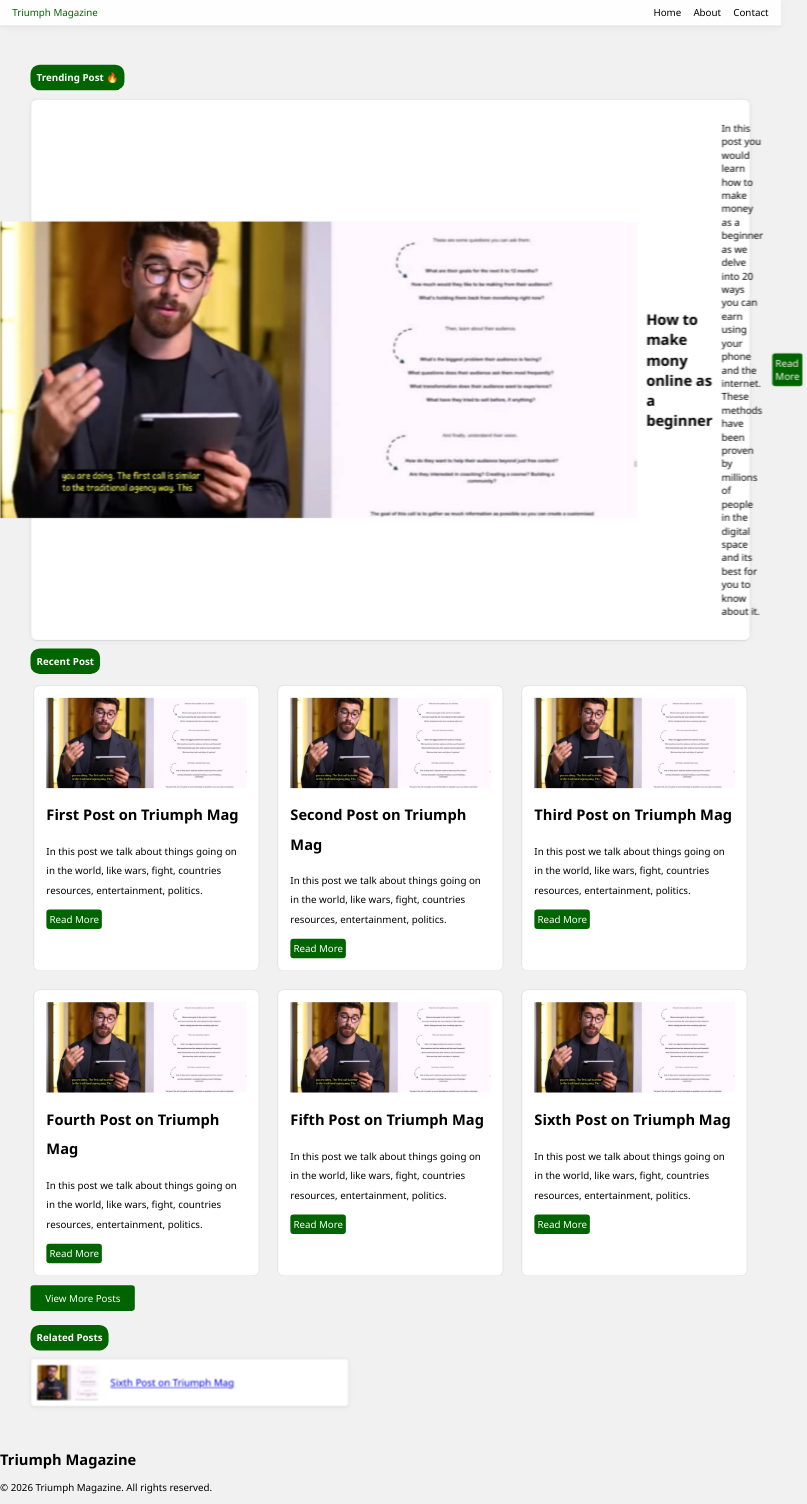
Repository: zikcolle/Triumph-Blog
Page: index.html
These files come from the project's save history. The page is drawn as it stood at one moment and after the next save; the edit follows.
The browser window is 1280 px wide. The page is 1316 px wide, then 1323 px, so the pictures cover 1323 px, including what lies to the right of the window. The pictures show the whole page, at 61% of full size.

Above is the page before, as saved 2026-06-22 15:08:02.

### index.html
<!DOCTYPE html>
<html lang="en">

<head>
    <meta charset="UTF-8">
    <meta name="viewport" content="width=device-width, initial-scale=1.0">
    <title>Triumph Magazine</title>
    <link rel="stylesheet" href="styles.css">
</head>

<body>
    <header>
        <nav>
            <div class="logo">Triumph Magazine</div>
            <div class="hamburger" onclick="toggleMenu()">
                <svg width="30" height="30">
                    <line x1="3" y1="5" x2="27" y2="5" stroke="black" stroke-width="3" />
                    <line x1="3" y1="15" x2="27" y2="15" stroke="black" stroke-width="3" />
                    <line x1="3" y1="25" x2="27" y2="25" stroke="black" stroke-width="3" />
                </svg>


            </div>
            <ul id="nav-links">
                <li><a href="#">Home</a></li>
                <li><a href="/about-us">About</a></li>
                <li><a href="/contact-us">Contact</a></li>
            </ul>
        </nav>
    </header>


    <main>
        <section>
            <div>
                <h2 class="label-post">Trending Post 🔥</h2>
            </div>
            <div class="feat-post">
                <img src="simage\postiman.jpeg">
                <h1>How to make mony online as a beginner</h1>
                <p>In this post you would learn how to make money as a beginner as we delve into 20 ways you can earn
                    using your phone and the internet. These methods have been proven by millions of people in the
                    digital space and its best for you to know about it.</p>
                <a href="#" class="read-more">Read More</a>
            </div>
        </section>

        <section>
            <div>
                <h2 class="label-post" id="post-label">Recent Post</h2>
            </div>

            <div class="post-grid">
                <div class="blog-post">
                    <img src="simage\postiman.jpeg">
                    <h1>First Post on Triumph Mag</h1>
                    <p>In this post we talk about things going on in the world, like wars, fight, countries resources,
                        entertainment, politics.</p>
                    <a href="#" class="read-more">Read More</a>
                </div>

                <div class="blog-post">
                    <img src="simage\postiman.jpeg">
                    <h1>Second Post on Triumph Mag</h1>
                    <p>In this post we talk about things going on in the world, like wars, fight, countries resources,
                        entertainment, politics.</p>
                    <a href="#" class="read-more">Read More</a>
                </div>

                <div class="blog-post">
                    <img src="simage\postiman.jpeg">
                    <h1>Third Post on Triumph Mag</h1>
                    <p>In this post we talk about things going on in the world, like wars, fight, countries resources,
                        entertainment, politics.</p>
                    <a href="#" class="read-more">Read More</a>
                </div>

                <div class="blog-post">
                    <img src="simage\postiman.jpeg">
                    <h1>Fourth Post on Triumph Mag</h1>
                    <p>In this post we talk about things going on in the world, like wars, fight, countries resources,
                        entertainment, politics.</p>
                    <a href="#" class="read-more">Read More</a>
                </div>

                <div class="blog-post">
                    <img src="simage\postiman.jpeg">
                    <h1>Fifth Post on Triumph Mag</h1>
                    <p>In this post we talk about things going on in the world, like wars, fight, countries resources,
                        entertainment, politics.</p>
                    <a href="#" class="read-more">Read More</a>
                </div>

                <div class="blog-post">
                    <img src="simage\postiman.jpeg">
                    <h1>Sixth Post on Triumph Mag</h1>
                    <p>In this post we talk about things going on in the world, like wars, fight, countries resources,
                        entertainment, politics.</p>
                    <a href="#" class="read-more">Read More</a>
                </div>

            </div>
        </section>
        <a href="/blog" class="view-more">View More Posts</a>
        <section>
            <h2 class="label-post">Related Posts</h2>
            <div class="rel-post">
                <img src="simage\postiman.jpeg">
                <p><a href="/blog">Sixth Post on Triumph Mag</a></p>
            </div>
        </section>
    </main>

    <footer>
        <h2>Triumph Magazine</h2>
        <p>© 2026 Triumph Magazine. All rights reserved.</p>
    </footer>

</body>

</html>

<script>
    function toggleMenu() {
        document.getElementById('nav-links').classList.toggle('active');
    }
</script>

### styles.css
body {
    background-color: rgb(241, 241, 241);
    color: rgb(0, 0, 0);
    font-family:'Segoe UI', Tahoma, Geneva, Verdana, sans-serif;
    padding: 0;
    margin: 0;

}

header {
    position: relative;
    z-index: 100;
    background-color: rgba(255,255,255,0.92);
    padding: 10px 20px;
    border-bottom: 1px solid rgba(0, 0, 0, 0.108);
    backdrop-filter: blur(20px) saturate(180%);
    -webkit-backdrop-filter: blur(20px) saturate(180%);
    box-shadow: 0 1px 0 rgba(0,0,0,0.04), 0 2px 16px rgba(0,0,0,0.04);
    color: rgb(0, 101, 0);
    width: 100%;
    box-sizing: border-box;
}

nav {
    display: flex;
    justify-content: space-between;
    align-items: center;
}

nav ul {
    list-style: none;
    display: flex;
    gap: 20px;
    margin: 0;
    padding: 0;
}

nav ul li a {
    text-decoration: none;
    color: rgb(0, 0, 0);
}

nav a:hover {
    color: rgb(0, 101, 0);
    text-decoration: underline;
}

.hamburger {
    display: none;
    font-size: 24px;
}

@media (max-width: 768px) {
    nav ul {
        display: none;
        flex-direction: column;
        position: absolute;
        top: 60px;
        right: 0;
        background: rgb(255, 255, 255);
        width: 100%;
        text-align: center;
        padding: 20px;
        box-shadow: 0 2px 5px rgba(0, 0, 0, 0.1);
        z-index: 1000;
    }

    nav ul.active {
        display: flex !important;
    }

    nav ul li {
        margin: 10px 0;
    }

    .hamburger {
        display: block;
        cursor: pointer;
    }
}

main {
    padding: 50px;
}

@media (min-width: 768px) {
    main {
        padding: 50px;
    }
}

img, svg, video, canvas, iframe {
  max-width: 100%;
  height: auto;
  display: block;
}

.label-post {
    background-color: rgb(0, 101, 0);
    color: rgb(255, 255, 255);
    max-width: fit-content;
    padding: 10px;
    border-radius: 15px;
    font-size: 1rem;
}

.feat-post {
    display: flex;
    flex-direction: column;
    gap: 15px;
    background-color: rgb(255, 255, 255);
    border: 1px solid rgba(0, 0, 0, 0.129);
    max-width: 100%;
    height: auto;
    align-items: center;
    border-radius: 10px;
    backdrop-filter: blur(20px) saturate(180%);
    -webkit-backdrop-filter: blur(20px) saturate(180%);
    box-shadow: 0 1px 0 rgba(0,0,0,0.04), 0 2px 16px rgba(0,0,0,0.04);
    padding: 20px;
    image-rendering: auto;
    justify-content: center;
}

@media (min-width: 768px) {
    .feat-post {
        flex-direction: row;
        align-items: center;
    }
}

.read-more {
    background-color: rgb(0, 101, 0);
    color: rgb(255, 255, 255);
    text-decoration: none;
    max-width: fit-content;
    padding: 5px;
    border-radius: 5px;
}

.post-grid {
    display: grid;
    grid-template-columns: repeat(auto-fit, minmax(300px, 1fr));
    gap: 20px;
}


.blog-post {
    background-color: rgb(255, 255, 255);
    border: 1px solid rgba(0, 0, 0, 0.129);
    border-radius: 10px;
    padding: 20px;
    margin: 5px;
    line-height: 2;
}

.view-more {
    background-color: rgb(0, 101, 0);
    color: rgb(255, 255, 255);
    text-decoration: none;
    display: inline-block;
    padding: 10px 24px;
    margin: 10px 0;
    border-radius: 5px;
}

.rel-post {
   display: flex;
   align-items: center;
   gap: 20px;
   background-color: rgb(255, 255, 255);
   width: 100%;
   max-width: 500px;
   padding: 10px;
   border: 1px solid rgba(0, 0, 0, 0.129);
   border-radius: 5px;
   backdrop-filter: blur(20px) saturate(180%);
   -webkit-backdrop-filter: blur(20px) saturate(180%);
   box-shadow: 0 1px 0 rgba(0,0,0,0.04), 0 2px 16px rgba(0,0,0,0.04);
}

.rel-post img {
    width: 100px;
    aspect-ratio: 16 / 9;
    object-fit: cover;
}

After the next save:
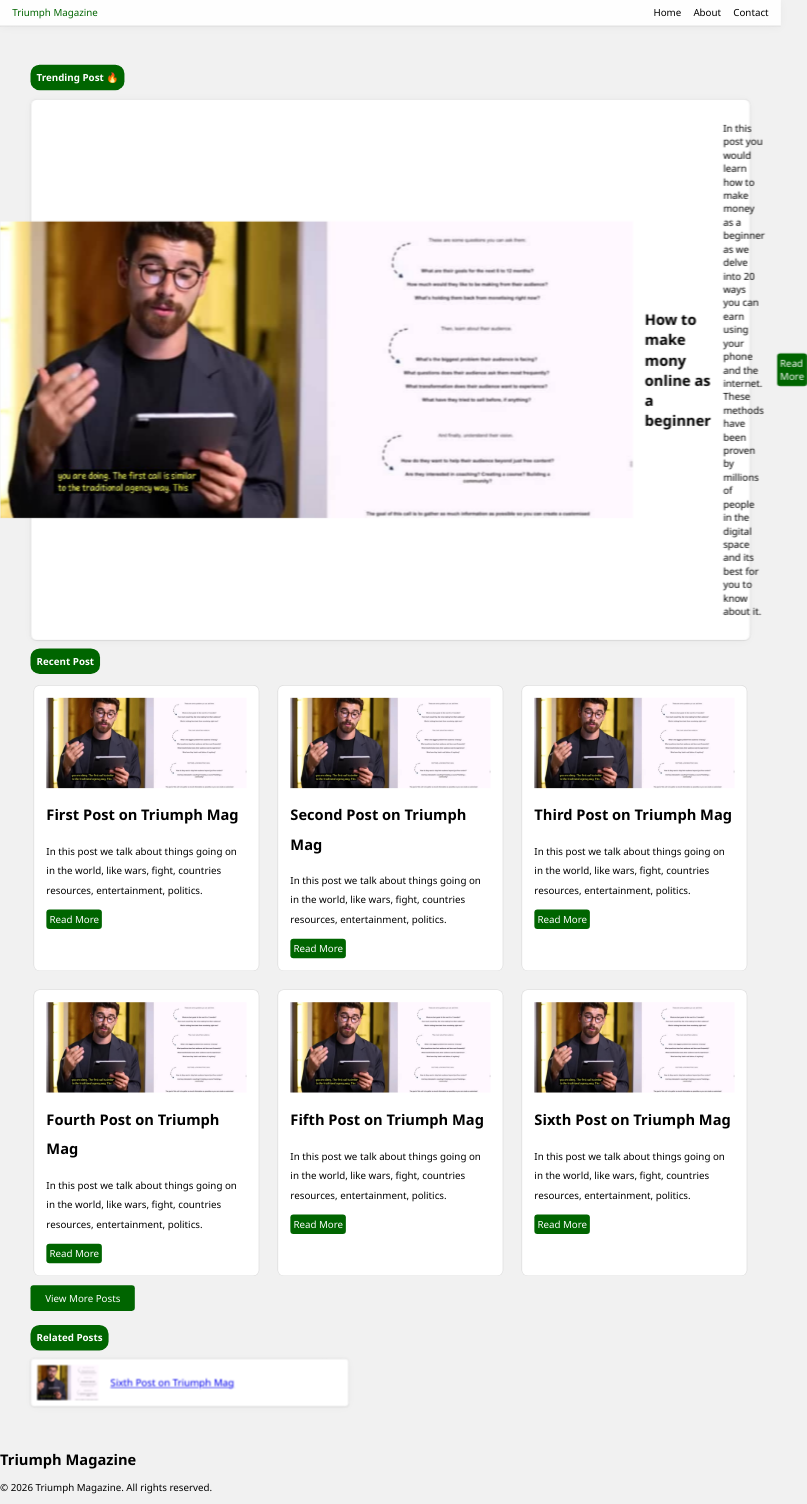
Saved 100 s later.
--- a/styles.css
+++ b/styles.css
@@ -107,7 +107,7 @@ img, svg, video, canvas, iframe {
 .feat-post {
     display: flex;
     flex-direction: column;
-    gap: 15px;
+    gap: 20px;
     background-color: rgb(255, 255, 255);
     border: 1px solid rgba(0, 0, 0, 0.129);
     max-width: 100%;
